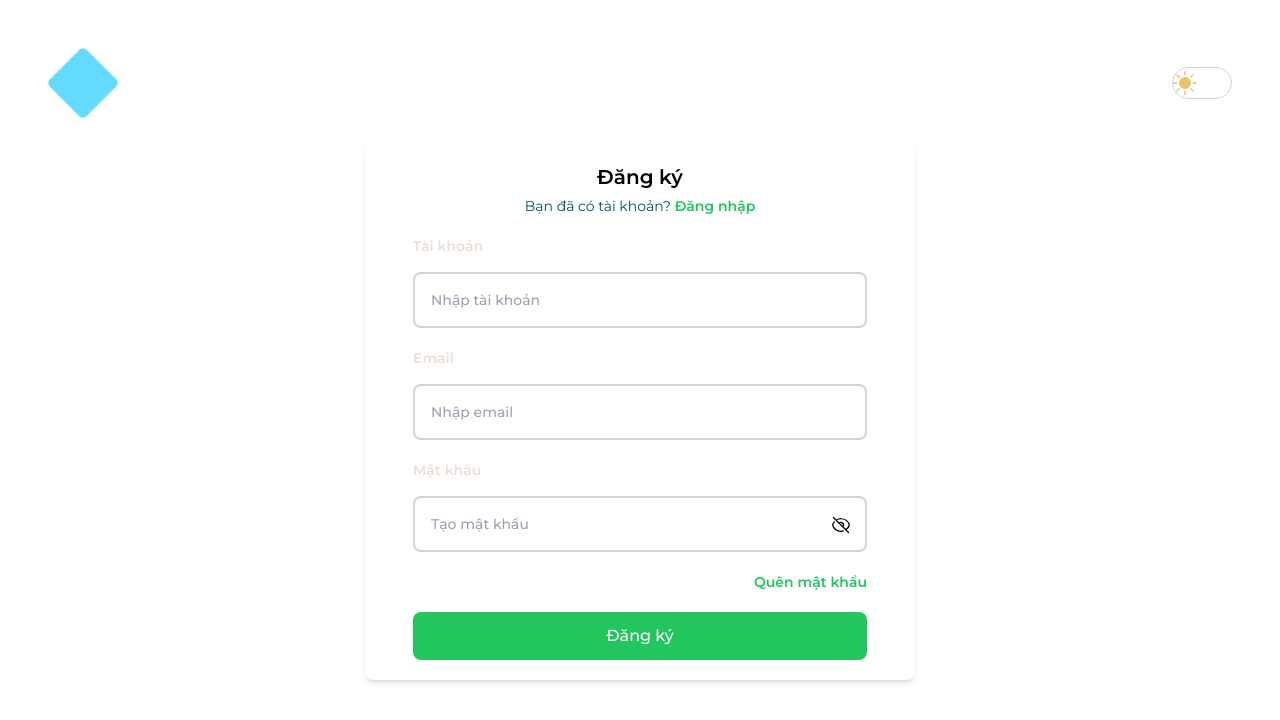
Repository: thienthanhvinh/glasses-react
Page: /sign-up
An editor plug-in stored every save of this project. The page is shown before and after the next save, followed by the edit.
The browser window is 1280 px wide. The pictures show the whole page.
The project was rebuilt for these pictures with package versions that can differ from the ones it lists, and the page was loaded fresh each time. Also part of the build but not shown: src/App.css, src/pages/SignInPage.js.

Above is the page before, as saved 2023-02-12 09:48:10.

### public/index.html
<!DOCTYPE html>
<html lang="en">
  <head>
    <meta charset="utf-8" />
    <link rel="icon" href="%PUBLIC_URL%/favicon.ico" />
    <meta name="viewport" content="width=device-width, initial-scale=1" />
    <meta name="theme-color" content="#000000" />
    <meta
      name="description"
      content="Web site created using create-react-app"
    />
    <link rel="apple-touch-icon" href="%PUBLIC_URL%/logo192.png" />
    <!--
      manifest.json provides metadata used when your web app is installed on a
      user's mobile device or desktop. See https://developers.google.com/web/fundamentals/web-app-manifest/
    -->
    <link rel="manifest" href="%PUBLIC_URL%/manifest.json" />
    <!--
      Notice the use of %PUBLIC_URL% in the tags above.
      It will be replaced with the URL of the `public` folder during the build.
      Only files inside the `public` folder can be referenced from the HTML.

      Unlike "/favicon.ico" or "favicon.ico", "%PUBLIC_URL%/favicon.ico" will
      work correctly both with client-side routing and a non-root public URL.
      Learn how to configure a non-root public URL by running `npm run build`.
    -->
    <link href="https://fonts.googleapis.com/css2?family=Montserrat:wght@300;400;500;600;700&display=swap" rel="stylesheet">
    <title>React App</title>
  </head>
  <body>
    <noscript>You need to enable JavaScript to run this app.</noscript>
    <div id="root"></div>
    <!--
      This HTML file is a template.
      If you open it directly in the browser, you will see an empty page.

      You can add webfonts, meta tags, or analytics to this file.
      The build step will place the bundled scripts into the <body> tag.

      To begin the development, run `npm start` or `yarn start`.
      To create a production bundle, use `npm run build` or `yarn build`.
    -->
  </body>
</html>

### src/index.js
import React from 'react';
import ReactDOM from 'react-dom/client';
import './index.css';
import App from './App';
import reportWebVitals from './reportWebVitals';
import { BrowserRouter } from 'react-router-dom';
import { ToastContainer, toast } from 'react-toastify';
import 'react-toastify/dist/ReactToastify.css';

const root = ReactDOM.createRoot(document.getElementById('root'));
root.render(
  // <React.StrictMode>
  <BrowserRouter>
    <App />
    <ToastContainer></ToastContainer>
  </BrowserRouter>
  // </React.StrictMode>
);

// If you want to start measuring performance in your app, pass a function
// to log results (for example: reportWebVitals(console.log))
// or send to an analytics endpoint. Learn more: https://bit.ly/CRA-vitals
reportWebVitals();

### src/index.css
/* body {
  margin: 0;
  font-family: -apple-system, BlinkMacSystemFont, 'Segoe UI', 'Roboto', 'Oxygen',
    'Ubuntu', 'Cantarell', 'Fira Sans', 'Droid Sans', 'Helvetica Neue',
    sans-serif;
  -webkit-font-smoothing: antialiased;
  -moz-osx-font-smoothing: grayscale;
}

code {
  font-family: source-code-pro, Menlo, Monaco, Consolas, 'Courier New',
    monospace;
} */

@tailwind base;
@tailwind components;
@tailwind utilities;

body {
  font-family: 'Montserrat', sans-serif;
}
/* .darkmode-input:checked + div .darkmode-spinner {
  transform: translateX(33px);
} */
.active-light {
  transform: translateX(0px);
  transition: all 0.4s;
}
.active-dark {
  transform: translateX(33px);
  transition: all 0.4s;
}

/* .darkmode-input:checked + div {


} */

/* .darkmode-input:checked + div .darkmode-spinner {
  background-color: white;
} */

### src/App.js

import { Route, Routes } from 'react-router-dom';
import './App.css';
import SignInPage from './pages/SignInPage';
import SignUpPage from './pages/SignUpPage';

function App() {
  return (
    <Routes>
      <Route path='/sign-up' element={<SignUpPage></SignUpPage>}></Route>
      <Route path='/sign-in' element={<SignInPage></SignInPage>}></Route>
    </Routes>
  );
}

export default App;

### src/pages/SignUpPage.js
import React, { useEffect, useState } from "react";
import { useForm } from "react-hook-form";
import { Link } from "react-router-dom";
import Button from "../components/button/Button";
import FormGroup from "../components/common/FormGroup";
import Input from "../components/input/Input";
import Label from "../components/label/Label";
import LayoutAuthentication from "../layout/LayoutAuthentication";
import { yupResolver } from "@hookform/resolvers/yup";
import { toast } from "react-toastify";
import * as yup from "yup";
import IconEyeToggle from "../components/icons/IconEyeToggle";

const schema = yup.object({
  username: yup.string().required("Hãy nhập tài khoản"),
  email:yup.string().required("Hãy nhập email"),
  password: yup.string().required("Hãy nhập mật khẩu").min(8, "Mật khẩu tối thiểu là 8 ký tự"),
});

const SignUpPage = () => {
  const {handleSubmit, control, formState: {errors}} = useForm({resolver: yupResolver(schema), mode:"onSubmit"});
  const handleSignUp = () => {
  }
  useEffect(() => {
    const arrErroes = Object.values(errors);
    console.log(arrErroes);
    if(arrErroes.length > 0) {
      toast.error(arrErroes[0]?.message, {
        pauseOnHover: false,
      })
    }
  })
  const [showPassword, setShowPassword] = useState(false);
  const handleTogglePassword = () => {
    setShowPassword(!showPassword);
  }
  return (
    <LayoutAuthentication heading="Đăng ký">
      <p className="text-sm text-center text-primary mb-5">
        Bạn đã có tài khoản?{" "}
        <Link to="/sign-in" className="text-green-500 cursor-pointer font-semibold">
          Đăng nhập
        </Link>
      </p>
      <form onSubmit={handleSubmit(handleSignUp)}>
        <FormGroup>
          <Label htmlFor="username">Tài khoản</Label>
          <Input type="text" name="username" placeholder="Nhập tài khoản" control={control} ></Input>
        </FormGroup>
        <FormGroup>
          <Label htmlFor="email">Email</Label>
          <Input type="text" name="email" placeholder="Nhập email" control={control}></Input>
        </FormGroup>
        <FormGroup>
          <Label htmlFor="password">Mật khẩu</Label>
          <Input type={showPassword ? "text" : "password"} name="password"  placeholder="Tạo mật khẩu" control={control}>
            <IconEyeToggle open={showPassword} onClick={handleTogglePassword}></IconEyeToggle>
          </Input>
        </FormGroup>
        <p className="text-right text-sm text-green-500 font-semibold">Quên mật khẩu</p>
        <Button className="w-full text-white mt-5">Đăng ký</Button>
      </form>
    </LayoutAuthentication>
  );
};

export default SignUpPage;

### src/components/button/Button.js
import React from 'react';

const Button = ({type, children, className=''}) => {
    return (
        <button type='submit' className={`bg-green-500 ${className} rounded-lg px-3 py-3 font-medium`}>
            {children}
        </button>
    );
};

export default Button;

### src/components/common/FormGroup.js
import React from 'react';

const FormGroup = ({children}) => {
    return (
        <div className='flex flex-col mb-5 gap-y-2'>
            {children}
        </div>
    );
};

export default FormGroup;

### src/components/input/Input.js
import React from "react";
import { useController } from "react-hook-form";

const Input = ({ type, placeholder, name, control, children, ...rest }) => {
  const { field } = useController({
    control,
    name,
    defaultValue: "",
  });
  return (
    <div className="relative">
      <input
        type={type}
        name={name}
        id={name}
        placeholder={placeholder}
        {...field}
        className={`w-full px-4 py-4 rounded-lg border-2 border-gray-300 dark:border-gray-600 dark:focus:border-gray-700 dark:bg-dark-four-color dark:text-primary font-medium dark:placeholder:font-medium mt-2 outline-none focus:border-gray-400 transition-all duration-200 bg-transparent text-sm ${children ? 'pr-12' : ''}`}
      />
      {children &&<span className=" absolute right-4 ml-5 z-10 top-8 -translate-y-1/4 cursor-pointer select-none">
        {children}
      </span>}
    </div>
  );
};

export default Input;

### src/components/label/Label.js
import React from 'react';

const Label = ({htmlFor, children, className = ''}) => {
    return (
        <label htmlFor={htmlFor} className={`${className} dark:text-dark-text-primary text-sm text-secondary font-semibold block cursor-pointer`}>
            {children}
        </label>
    );
};

export default Label;

### src/layout/LayoutAuthentication.js
import React, { useEffect, useState } from "react";
import { Link } from "react-router-dom";
import PropTypes from "prop-types";
import { BsFillSunFill } from "react-icons/bs";
import { FaMoon } from "react-icons/fa";
import useDarkMode from "../hooks/useDarkMode";

const LayoutAuthentication = ({ heading, question, children }) => {
  const [isDarkMode, setDarkMode] = useState(
    () => localStorage.theme === "dark"
  );
  const toggleDarkMode = () => {
    setDarkMode(!isDarkMode);
  };
  useEffect(() => {
    const html = window.document.documentElement;
    const prev = isDarkMode ? "light" : "dark";
    html.classList.remove(prev);
    const next = isDarkMode ? "dark" : "light";
    html.classList.add(next);
    localStorage.setItem("theme", next);
  }, [isDarkMode]);

  return (
    <div className="w-full h-screen bg-white dark:bg-dark-four-color p-12">
      <div className="mb-6 flex justify-between items-center">
        <Link to="/" className="inline-block">
          <img
            src="/Polygon.png"
            alt=""
            className="w-[70px] h-auto object-cover"
          />
        </Link>
        <label
          htmlFor="toggle"
          className="cursor-pointer toggle-switch inline-block"
        >
          <input
            type="checkbox"
            name=""
            id="toggle"
            className="darkmode-input hidden"
          />

          <div className="w-[60px] h-8 border border-gray-300 rounded-full flex items-center">

              {!isDarkMode ? (
                <div className="active-light">
                  <BsFillSunFill
                    size={"24px"}
                    color={"#e9c46a"}
                    onClick={() => toggleDarkMode(!isDarkMode)}
                  ></BsFillSunFill>
                </div>
              ) : (
                <div className="active-dark">
                  <FaMoon
                    size={"24px"}
                    color={"#808191"}
                    onClick={() => toggleDarkMode(!isDarkMode)}
                  ></FaMoon>
                </div>
              )}
          </div>
        </label>
      </div>
      <div className="w-full max-w-[550px] bg-white-400  dark:bg-dark-five-color dark:text-white shadow-md rounded-lg mx-auto px-12 py-5">
        <h2 className="text-center text-[20px] font-semibold mb-1">
          {heading}
        </h2>
        {children}
      </div>
    </div>
  );
};

LayoutAuthentication.propTypes = {
  heading: PropTypes.string,
  question: PropTypes.string,
  children: PropTypes.node,
};

export default LayoutAuthentication;

### src/components/icons/IconEyeToggle.js
import React from "react";

const IconEyeToggle = ({ open = false, onClick = () => {} }) => {
  if (open) {
    return (
      <span onClick={onClick}>
        <svg
          xmlns="http://www.w3.org/2000/svg"
          fill="none"
          viewBox="0 0 24 24"
          strokeWidth="1.5"
          stroke="currentColor"
          className="w-5 h-5"
        >
          <path
            strokeLinecap="round"
            strokeLinejoin="round"
            d="M2.036 12.322a1.012 1.012 0 010-.639C3.423 7.51 7.36 4.5 12 4.5c4.638 0 8.573 3.007 9.963 7.178.07.207.07.431 0 .639C20.577 16.49 16.64 19.5 12 19.5c-4.638 0-8.573-3.007-9.963-7.178z"
          />
          <path
            strokeLinecap="round"
            strokeLinejoin="round"
            d="M15 12a3 3 0 11-6 0 3 3 0 016 0z"
          />
        </svg>
      </span>
    );
  } else {
    return (
      <span onClick={onClick}>
        <svg
          xmlns="http://www.w3.org/2000/svg"
          fill="none"
          viewBox="0 0 24 24"
          strokeWidth="1.5"
          stroke="currentColor"
          className="w-5 h-5"
        >
          <path
            strokeLinecap="round"
            strokeLinejoin="round"
            d="M3.98 8.223A10.477 10.477 0 001.934 12C3.226 16.338 7.244 19.5 12 19.5c.993 0 1.953-.138 2.863-.395M6.228 6.228A10.45 10.45 0 0112 4.5c4.756 0 8.773 3.162 10.065 7.498a10.523 10.523 0 01-4.293 5.774M6.228 6.228L3 3m3.228 3.228l3.65 3.65m7.894 7.894L21 21m-3.228-3.228l-3.65-3.65m0 0a3 3 0 10-4.243-4.243m4.242 4.242L9.88 9.88"
          />
        </svg>
      </span>
    );
  }
};

export default IconEyeToggle;

### src/hooks/useDarkMode.js
import { useEffect, useState } from "react";

export default function useDarkMode() {
    const [isDarkMode, setDarkMode] = useState(() => localStorage.theme === "dark");
    const toggleDarkMode = () => {
        setDarkMode(!isDarkMode);
    }
    useEffect(() => {
        const html = window.document.documentElement;
        const prev = isDarkMode ? "light" : "dark";
        html.classList.remove(prev);
        const next = isDarkMode ? "dark" : "light";
        html.classList.add(next);
        localStorage.setItem("theme", next);
    }, [isDarkMode])
    return [isDarkMode, toggleDarkMode];
}

### tailwind.config.js
/** @type {import('tailwindcss').Config} */
module.exports = {
  content: [
    "./src/**/*.{js,jsx,ts,tsx}",
  ],
  darkMode: 'class',
  theme: {
    extend: {
      colors: {
        'color-1': "#808191",
        'color-2': "#2d3436",
        'primary' : '#025162',
        'secondary': '#EADFD8',
        'secondary-3': '#414141',
        'tertiary' : '#E75313',
        'lens': '#D4E1F4',
        'dark-text-primary': '#dfe6e9',
        'dark-color' : '#4e4f50',
        'dark-secon-color': '#2d3436',
        'dark-third-color': '#3a3a3a',
        'dark-four-color' : '#242526',
        'dark-five-color' : '#3A3A3A',

      }
    },
  },
  plugins: [],
}

Loaded but not shown: src/reportWebVitals.js (common file)

After the next save:
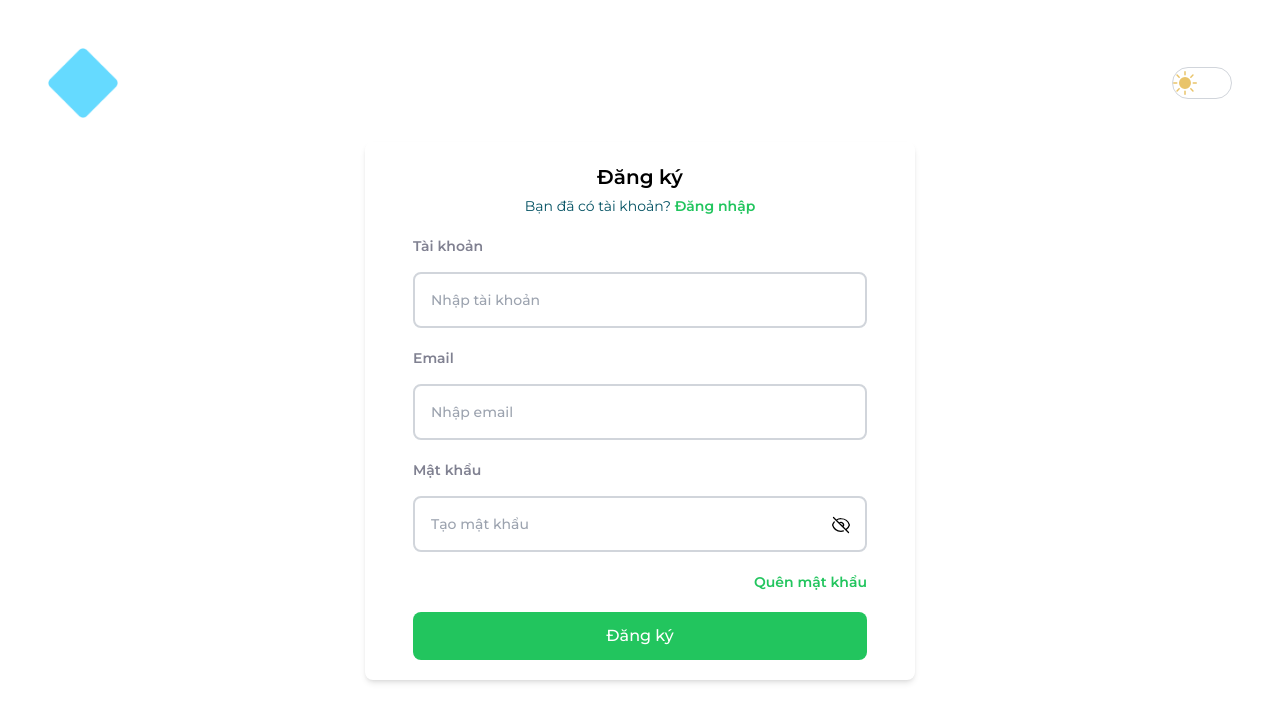
Saved 3 min 25 s later.
--- a/src/components/label/Label.js
+++ b/src/components/label/Label.js
@@ -2,7 +2,7 @@
 
 const Label = ({htmlFor, children, className = ''}) => {
     return (
-        <label htmlFor={htmlFor} className={`${className} dark:text-dark-text-primary text-sm text-secondary font-semibold block cursor-pointer`}>
+        <label htmlFor={htmlFor} className={`${className} dark:text-dark-text-primary text-sm text-color-1 font-semibold block cursor-pointer`}>
             {children}
         </label>
     );
